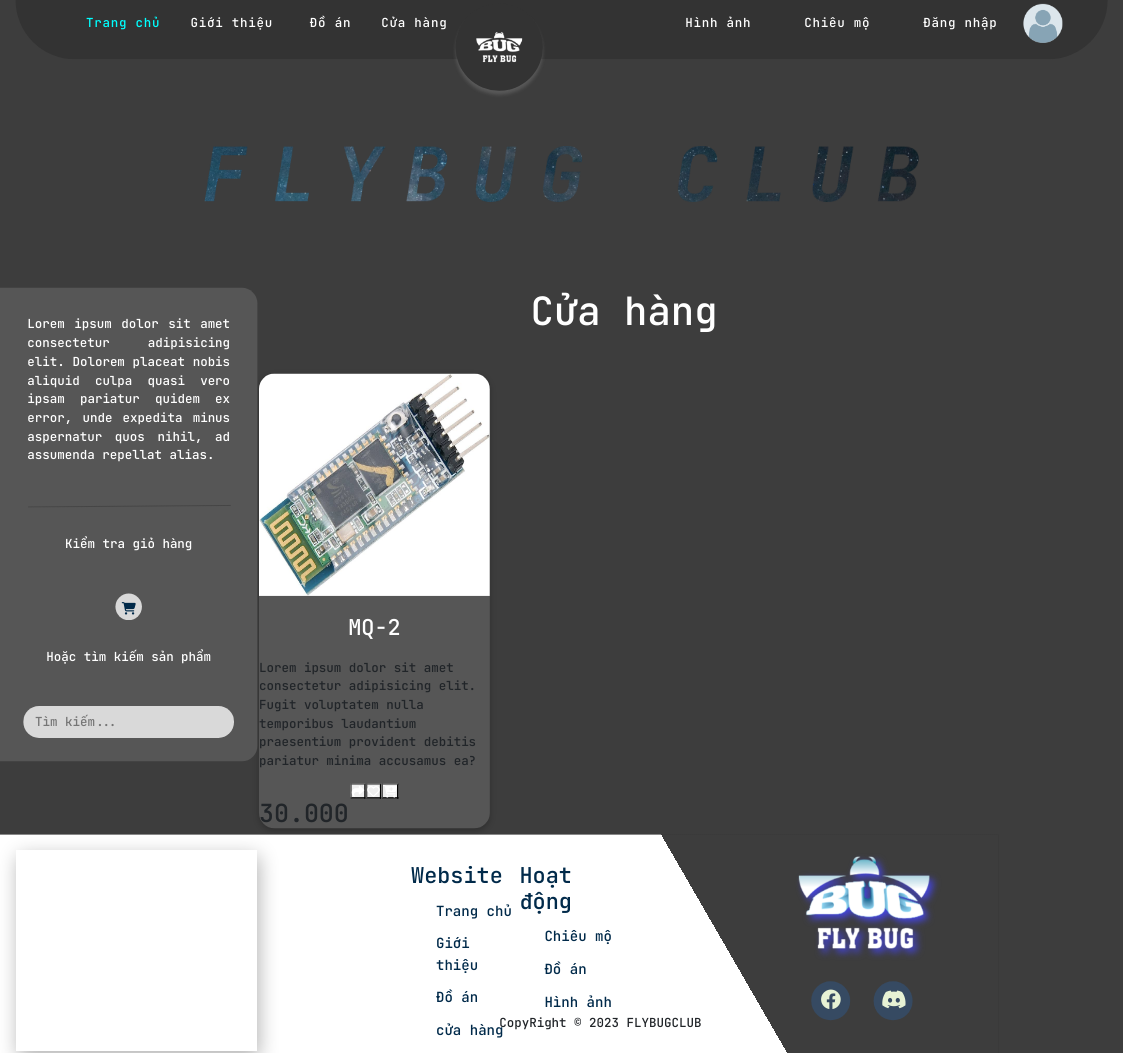
Repository: NQD2308/FlyBugClub_WebApp
Page: PROJECT FLYNUG/html/store.html
An editor plug-in stored every save of this project. The page is shown before and after the next save, followed by the edit.
The browser window is 1280 px wide. The page is 1440 px wide, so the pictures cover 1440 px, including what lies to the right of the window. The pictures show the whole page, at 78% of full size.
Pictures or frames that could not be fetched are drawn as grey boxes.

Above is the page before, as saved 2023-09-18 11:00:12.

### PROJECT FLYNUG/html/store.html
<html lang="en">

<head>
    <meta charset="UTF-8">
    <meta name="viewport" content="width=device-width, initial-scale=1.0">
    <title>Document</title>

    <!-- Bootrap 5 -->
    <link href="https://cdn.jsdelivr.net/npm/bootstrap@5.0.2/dist/css/bootstrap.min.css" rel="stylesheet" integrity="sha384-EVSTQN3/azprG1Anm3QDgpJLIm9Nao0Yz1ztcQTwFspd3yD65VohhpuuCOmLASjC" crossorigin="anonymous">

    <!-- Font awesome -->
    <link rel="stylesheet" href="https://cdnjs.cloudflare.com/ajax/libs/font-awesome/6.4.2/css/all.min.css" integrity="sha512-z3gLpd7yknf1YoNbCzqRKc4qyor8gaKU1qmn+CShxbuBusANI9QpRohGBreCFkKxLhei6S9CQXFEbbKuqLg0DA==" crossorigin="anonymous" referrerpolicy="no-referrer" />

    <!-- CSS -->
    <link rel="stylesheet" href="../css/style.css">
    <!-- Reset -->
    <link rel="stylesheet" href="../css/default_setting.css">

    <!-- JetBrains Mono font -->
    <link rel="preconnect" href="https://fonts.googleapis.com">
    <link rel="preconnect" href="https://fonts.gstatic.com" crossorigin>
    <link
        href="https://fonts.googleapis.com/css2?family=JetBrains+Mono:ital,wght@0,300;0,500;0,600;0,700;0,800;1,400&display=swap"
        rel="stylesheet">
</head>

<body>
    <!-- ========================
                #HEADER
        ========================-->
    <header>
        <div class="nav">
            <div class="nav__links">
                <ul class="nav__links-left">
                    <li><a class="active" href="#">Trang chủ</a></li>
                    <li><a href="#">Giới thiệu</li>
                    <li><a href="#">Đồ án</a></li>
                    <li><a href="#">Cửa hàng</a></li>
                </ul>
            </div>
            <div class="logo">
                <img src="../img/logo.png" alt="FlyBug logo">
            </div>
            <div class="nav__links">
                <ul class="nav__links-right">
                    <li><a href="#">Hình ảnh</a></li>
                    <li><a href="#">Chiêu mộ</a></li>
                    <li class="login"><a href="#">Đăng nhập</a></li>
                    <li class="login-Img">
                        <a href="#"><img src="../img/user.png" alt=""></a>
                    </li>
                </ul>
            </div>
        </div>
        <div class="text-logo">
            <img  src="../img/FLYBUG CLUB.png" alt="Photo logo">
        </div>
    </header>

    <section class="body">
        <div class="container">
            <div class="row">
                <div class="col col-md-3 left">
                    <div class="search">
                        <div class="store-note">
                            <p>Lorem ipsum dolor sit amet consectetur adipisicing elit. Dolorem placeat nobis aliquid culpa quasi vero ipsam pariatur quidem ex error, unde expedita minus aspernatur quos nihil, ad assumenda repellat alias.</p>
                        </div>
                        <div class="center">
                            <svg xmlns="http://www.w3.org/2000/svg" width="261" height="4" viewBox="0 0 261 4" fill="none">
                                <path d="M1 2.96216L260.993 0.99995" stroke="#3D3D3D" stroke-opacity="0.8"/>
                            </svg>
                        </div>
                        <div class="shopping-function">
                            <p>Kiểm tra giỏ hàng</p>
                            <div class="center ">
                                <button class="icon-shopping">
                                    <a href="#">
                                        <i class="fa-solid fa-cart-shopping"></i>
                                    </a>
                                </button>
                            </div>
                            <p>Hoặc tìm kiếm sản phẩm</p>
                            <div class="center">
                                <input type="text" placeholder="Tìm kiếm...">
                            </div>
                        </div>
                    </div>
                </div>
                <div class="col col-md-9 right">
                    <div class="store">
                        <h1>Cửa hàng</h1>
                        <div class="item-store">
                            <div class="row">
                                <div class="col col-md-4">
                                    <div class="item-card">
                                        <img src="../img/bluth.jpg" alt="Photo item store">
                                        <h3>MQ-2</h3>
                                        <p>Lorem ipsum dolor sit amet consectetur adipisicing elit. Fugit voluptatem nulla temporibus laudantium praesentium provident debitis pariatur minima accusamus ea?</p>
                                        <div class="center">
                                            <button class="icon-share">
                                                <a href="#">
                                                    <i class="fa-solid fa-share"></i>
                                                </a>
                                            </button>
                                            <button class="icon-love">
                                                <a href="#">
                                                    <i class="fa-regular fa-heart"></i>
                                                </a>
                                            </button>
                                            <button class="icon-share">
                                                <a href="#">
                                                    <i class="fa-solid fa-cart-plus"></i>
                                                </a>
                                            </button>
                                        </div>
                                        <div class="item-price">
                                            <h2>30.000</h2>
                                        </div>
                                    </div>
                                </div>
                            </div>
                        </div>
                    </div>
                </div>
            </div>
        </div>
    </section>

 <!-- ========================
                #FOOTER
        ========================-->
    <footer class="footer">
        <div class="footer-left">
            <iframe class="ggmap" src="https://www.google.com/maps/embed?pb=!1m18!1m12!1m3!1d15678.190787267133!2d106.64595238715819!3d10.769299600000005!2m3!1f0!2f0!3f0!3m2!1i1024!2i768!4f13.1!3m3!1m2!1s0x31752f7c8bf050ff%3A0x4fa87595d124cc0c!2zVHLGsOG7nW5nIMSQ4bqhaSBo4buNYyBIb2EgU2VuIC0gQ8ahIHPhu58gVGjDoG5oIFRow6Fp!5e0!3m2!1svi!2s!4v1691345035899!5m2!1svi!2s" width="500" height="250" style="border:1;" allowfullscreen="" loading="lazy" referrerpolicy="no-referrer-when-downgrade"></iframe>
        </div>
        <ul class="footer-center">
            <li>
                <h3>Website</h3>

                <ul class="box">
                    <li><a href="#">Trang chủ</a></li>
                    <li><a href="#">Giới thiệu</a></li>
                    <li><a href="#">Đồ án</a></li>
                    <li><a href="#">cửa hàng</a></li>
                </ul>
            </li>
            <li>
                <h3>Hoạt động</h3>

                <ul class="box">
                    <li><a href="#">Chiêu mộ</a></li>
                    <li><a href="#">Đồ án</a></li>
                    <li><a href="#">Hình ảnh</a></li>
                </ul>
            </li>
        </ul>
        <div class="footer-right">
            <div class="img-logo">
                <img src="../img/flybug.png" alt="">
            </div>
            <div class="socials">
                <a href="#"><i class="fa-brands fa-facebook"></i></a>
                <a href="#"><i class="fa-brands fa-discord"></i></a>
            </div>
        </div>

        <div class="footer-bottom">
            <p>CopyRight &copy; 2023 FLYBUGCLUB</p>
        </div>
    </footer>

</body>

</html>

### PROJECT FLYNUG/css/style.css
li,
a,
button {
    list-style: none;
    font-family: 'JetBrains Mono', monospace;
    font-size: 16px;
    text-decoration: none;
    color: #fff;
    cursor: url(../img/bug-icon.png) 5 5, auto !important;
}
body {
    cursor: url(../img/bug-icon.png) 5 5, auto !important;
}
a {
    cursor: url(../img/bug-icon.png) 5 5, auto;
}
body {
    background-color: #3d3d3d;
}

/* =========================
        #HEADER
    =========================*/
header {
    /* position: fixed; */
    width: 1440px;
    /* height: 80px; */
    /* border-bottom: 1px solid #00000026; */




    /* backdrop-filter: blur(20px); */
}

header .nav {
    width: 1400px;
    margin: 0 auto;
    max-width: 100%;
    background: #333;
    border-radius: 0px 0px 80px 80px;
    display: flex;
    justify-content: space-between;
    align-items: center;
    padding: 0 3%;
    top: 0%;
    z-index: 10;
    box-shadow: rgba(0, 0, 0, 0.3) 2.72076px ;
    /* border: 1px solid red; */
}

header .nav ul {
    display: flex;
    align-items: center;
}

header .nav ul li {
    margin: 5px 15px;
    letter-spacing: 1px;
}

header .nav .logo {
    /* border: 1px solid red; */
    width: 7rem;
    height: 7rem;
    position: absolute;
    left: 50%;
    transform: translate(-50%, 20%);
    background-color: #333;
    overflow: hidden;
    border-radius: 100%;
    box-shadow: 0 5px 5px rgba(204, 204, 204, .2);
}

header .logo img {
    width: 100%;
    height: 100%;
    object-fit: cover;
}

header .nav__links {
    width: 40%;
    height: 100%;
}
header .nav__links ul li a{
    transition: .3s ease;
}
header .nav__links ul > li:hover a{
    color: aqua;
}
header .nav__links-left,
header .nav__links-right {
    justify-content: space-between;
}

.active {
    color: aqua;
}

.nav__links-right li:last-child {
    width: 50px;
    height: 50px;
}

header .nav__links-right {
    margin-left: -20px;
}

header .nav__links-right .login-img {
    margin-left: -20px;
}

header .text-logo{
    display: flex;
    justify-content: center;
    width: 1440px;
    background-color: #3d3d3d;
    /* border: 1px solid white; */
    padding: 110px 0;
}

/* ================================ */
/* ============= BODY ============= */
/* ================================ */

/*  @############ LEFT ############@ */

section.body .container{
    max-width: 1440px;
}
section.body .left{
    padding-left: 0;
}

section.body .search{
    width: 330px;
    background-color: #565656;
    border-radius: 0 20px 20px 0;
    position: relative;
    left: 0;
}

.body .search store-note{
    display: flex;
    justify-content: center;
}

.body .search p{
    color: #FFF;
    text-align: justify;
    padding: 35px;
}

.body .search .shopping-function p{
    text-align: center;
}

.body .search .shopping-function button.icon-shopping{
    width: 34px;
    height: 34px;
    border-radius: 50%;
    background-color: #D9D9D9;
    border: none;
}

.body .search .shopping-function .icon-shopping i{
    display: flex;
    justify-content: center;
    width: 24px;
    color: #012A4A;
    transition: all .25s ease-in;
    /* border: 1px solid orange; */
    border-radius: 50%;
    padding: 10px 16px 6px 17px;
}

.body .search .shopping-function button.icon-shopping:hover i{
    color: orange;
    transition: all .25s ease-in;
}

.body .search .shopping-function input{
    width: 270px;
    padding: 10px 15px;
    border-radius: 20px;
    border: none;
    background-color: #D9D9D9;
    margin-bottom: 30px;
}

/*  @############ RIGHT ############@ */

.body .right .store h1{
    color: white;
    text-align: center;
    font-size: 50px;
    margin-bottom: 50px;
}

.body .right .store .item-card{
   background-color: #565656;
    /* border: white 1px solid; */
    border-radius: 20px;
    box-shadow: rgba(0, 0, 0, 0.24) 0px 3px 8px;
}

.body .right .store img {
    height: 285px;
    background-size: cover;
    background-position: center;
    background-attachment: fixed;
    border-radius: 20px 20px 0 0;
}

.body .right .store h3{
    margin: 23px 0;
    text-align: center;
    color: white;
}


/* =========================
        #FOOTER
         background-image: linear-gradient(60deg, white 70%, #3d3d3d 25%);
    =========================*/
footer {
    /* width: 100%; */
    position: relative;
    height: 280px;
    background-color: #333;
    background-image: linear-gradient(60deg, white 70%, #3d3d3d 25%);

    display: flex;
    flex-flow: row wrap;
    justify-content: space-between;
    padding: 20px;
    overflow: hidden;
}

.footer>* {
    width: calc(100% / 4);
}

.footer ul li,
.footer ul li a {
    color: #012A4A;
    font-size: 18px;
}

.footer-left {
    margin-right: 1.25em;
    margin-bottom: 2em;
    box-shadow: rgba(0, 0, 0, 0.3) 2.72076px 8px 24px;
}

.footer-left iframe {
    border-radius: 5px;
}

.footer-center {
    display: flex;
    flex-flow: row wrap;
    justify-content: space-between;
}

.footer-center>* {
    width: calc(100% / 2);
}

.footer-center li {
    margin: 15px 0;
}

.footer-center .box li a {
    transition: .3s ease;
}

.footer-center .box>li:hover a {
    margin-left: 10px;
    color: #4444dd;
    font-weight: bold;
}

.footer-right {
    height: 100%;
    margin: -10px 0;
    display: flex;
    align-items: center;
    flex-flow: row wrap;
    justify-content: center;
}

.footer-right .img-logo {
    width: 100%;
    display: flex;
    justify-content: center;
}

.footer-right img {
    width: 60%;
    filter: drop-shadow(5px 5px 5px #4444dd);
}

.socials a {
    background: #364a62;
    width: 50px;
    height: 50px;
    display: inline-block;
    text-align: center;
    margin: 0 10px;
    border-radius: 100%;
    transition: 0.4s ease;
}

.socials a i {
    color: #e7f2d4;
    padding: 10px;
    font-size: 26px;
}

.socials>a:first-child:hover {
    background-color: #4267B2;
    transform: rotate(1turn);
}

.socials>a:last-child:hover {
    background-color: #7289da;
    transform: rotate(1turn);
}

.footer-bottom {
    position: absolute;
    bottom: 10;
    left: 50%;
}


.main  {
    height: 100vh;
}

### PROJECT FLYNUG/css/default_setting.css
html {
  max-width: 1440px;
  margin: auto;
	line-height: 1.5;
	box-sizing: border-box;
	scroll-behavior: smooth;
  }
  * {
	margin: 0;
	padding: 0;
  font-family: 'JetBrains Mono', monospace;
  }
  *,
  *:before,
  *:after {
	box-sizing: border-box;
  }
  input,
  textarea,
  select,
  button {
	outline: none;
	font: inherit;
  }
  input {
	line-height: normal;
  }
  label,
  button {
	cursor: pointer;
	user-select: none !important;
  }
  ul {
	list-style: none;
  }
  a {
	text-decoration: none;
  }
  img,
  picture,
  video,
  canvas,
  svg {
	display: block;
	max-width: 100%;
	user-select: none !important;
  }

  p,
  h1,
  h2,
  h3,
  h4,
  h5,
  h6 {
	overflow-wrap: break-word;
  }

  /* Mobie: width < 740px */
  @media only screen and (max-width: 46.1875em) {
    input[type="color"],
    input[type="date"],
    input[type="datetime"],
    input[type="datetime-local"],
    input[type="email"],
    input[type="month"],
    input[type="number"],
    input[type="password"],
    input[type="search"],
    input[type="tel"],
    input[type="text"],
    input[type="time"],
    input[type="url"],
    input[type="week"],
    select:focus,
    textarea {
      font-size: 16px;
    }
  }

  .center{
    display: flex;
    justify-content: center;
  }

After the next save:
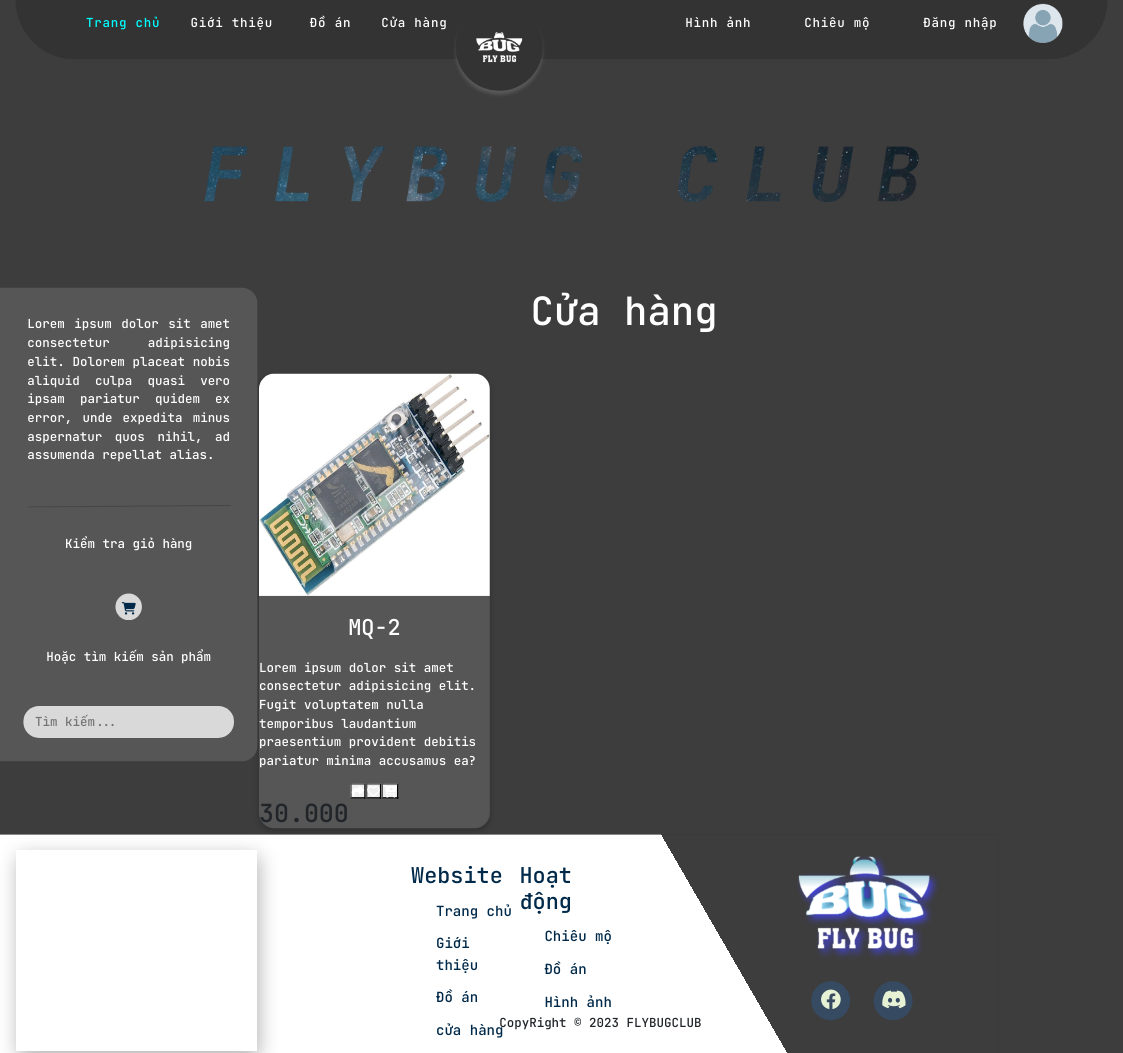
Saved 21 s later.
--- a/PROJECT FLYNUG/css/style.css
+++ b/PROJECT FLYNUG/css/style.css
@@ -218,6 +218,10 @@
     color: white;
 }
 
+.body .right .store p{
+    color: white;
+}
+
 
 /* =========================
         #FOOTER
